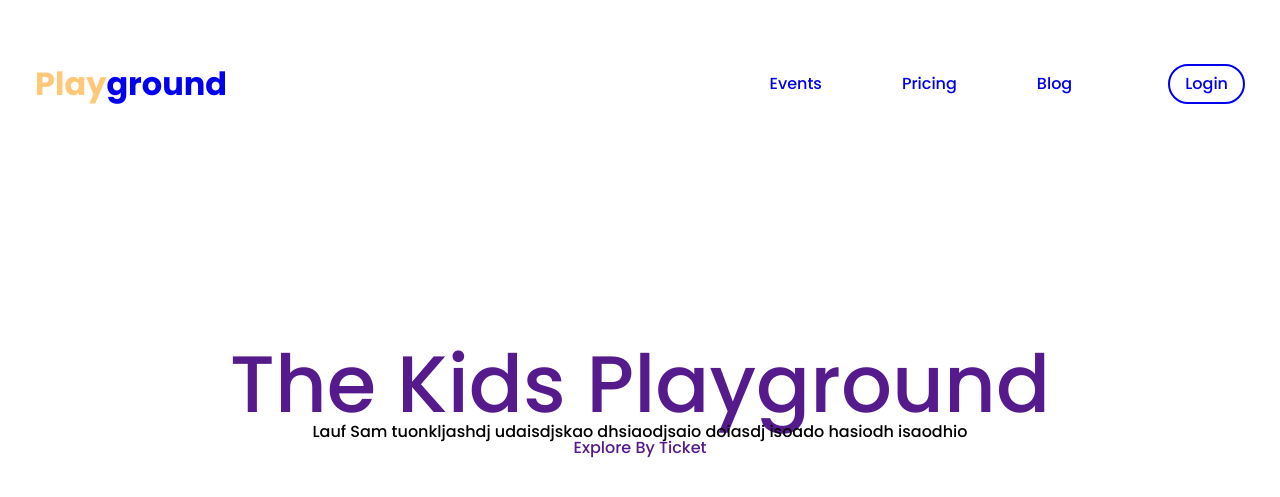
Repository: lausamtuong/Cut-psd-to-html
Page: index.html
The author's editor kept a copy of each file at every save. The page is drawn from the files as they stood at one save, then again after a run of saves.
The browser window is 1280 px wide. The pictures show the whole page.
The style sheet was rebuilt from its Sass, Less or Tailwind sources for each picture, by a compiler version that may differ from the author's.

Above is the page before, as saved 2021-12-06 15:27:48.

After the next 2 saves:
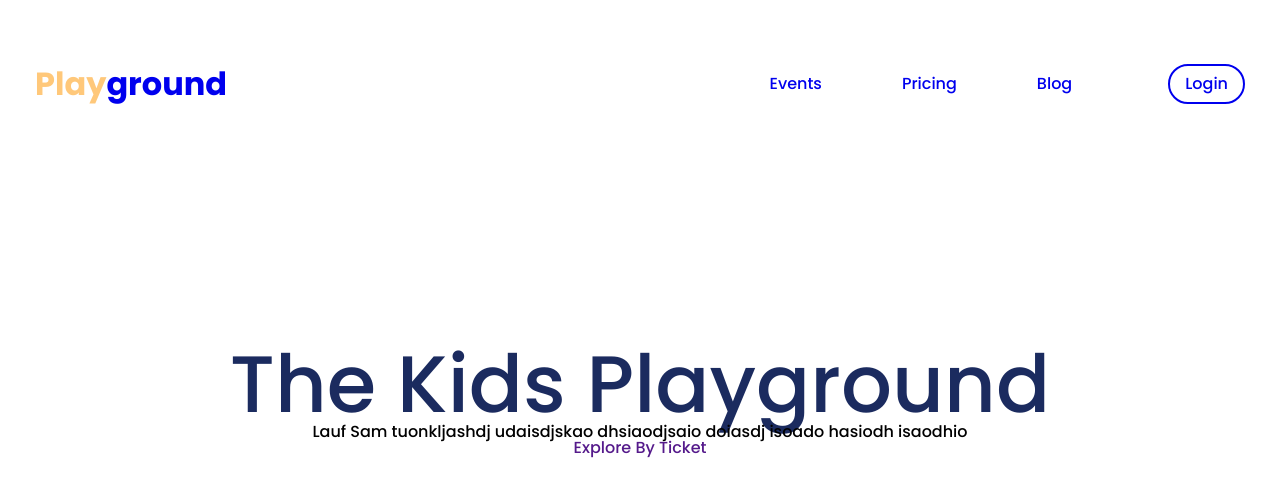
The 2 saves are shown as one change because they came seconds apart.
The last was saved 110 s later.
--- a/style.scss
+++ b/style.scss
@@ -1,5 +1,5 @@
 $primary-color:#ffc87a;
-$text-color:#551a8b;
+$text-color:#1b2b5f;
 a{
     text-decoration: none;
 }
